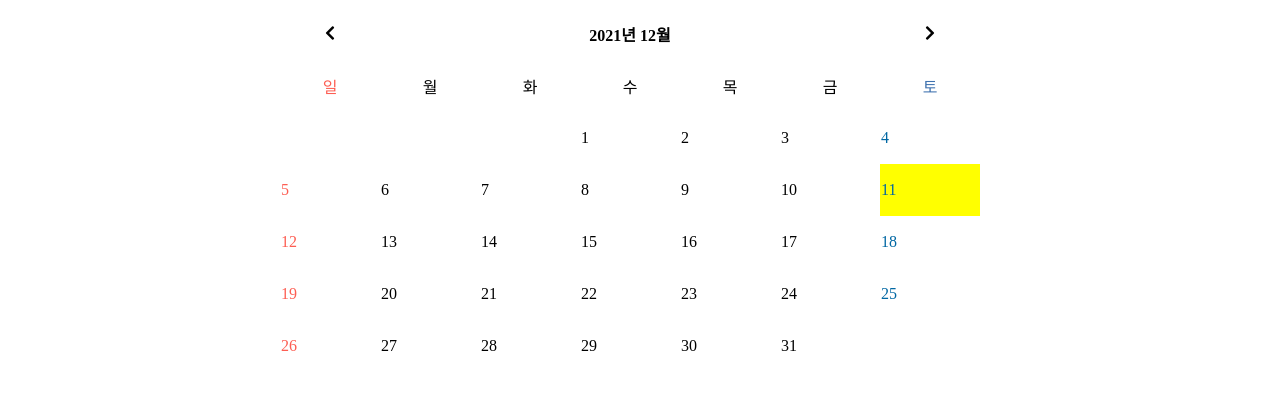
Repository: shin-sj/Checkkeu
Page: http://localhost/test2/WEB-INF/user/calendar.jsp
An editor plug-in stored every save of this project. The page is shown before and after the next save, followed by the edit.
The browser window is 1280 px wide. The pictures show the whole page.
Some web libraries are served in a nearby version. The page is served by Tomcat 9. Nobody is signed in. Other server files are loaded and not shown. The template is opened directly, without the code that normally fills it, so the values that code supplies are empty.

Above is the page before, as saved 2021-12-15 16:37:02.

### test2/src/main/webapp/WEB-INF/user/calendar.jsp
<%@ page language="java" contentType="text/html; charset=UTF-8"
	pageEncoding="UTF-8"%>
<%@ taglib prefix="c" uri="http://java.sun.com/jsp/jstl/core" %>
<!DOCTYPE html>
<html>
<head>
<meta charset="UTF-8">
<title>calendar</title>

<!-- 아이콘 -->
<link rel="stylesheet"
	href="https://use.fontawesome.com/releases/v5.6.1/css/all.css">

<style>

		.container {
		//	width: 385px;
		//	line-height: 50px;
		//	margin: 50px auto;
		//	margin-bottom: -100px;

			display: flex;
		}

		h5 {
			text-align: center;
		}

		h5 span {
			color: teal;
		}

	#calendar {
		width: 700px;
		border: none;
		border-collapse : collapse;

		margin-right: 20px;

	}
	td{
		width: 100px;
		height: 50px;
		border: solid 0.5px grarey;
		border-collapse : collapse;
	}
	th {
		border: none;
		height: 50px;
	}

	.contents {
		margin-bottom: 100px;
		display: flex;
  		justify-content: center;

	}


</style>

<script>

	var policyDate = "";
	var today = new Date(); //오늘 날짜
    var date = new Date();//today의 Date를 세어주는 역할
    function prevCalendar() {//이전 달
    	policyDate = "";
     today = new Date(today.getFullYear(), today.getMonth() - 1, today.getDate());
     buildCalendar(); //달력 cell 만들어 출력
    }
    function nextCalendar() {//다음 달
    	policyDate = "";
         today = new Date(today.getFullYear(), today.getMonth() + 1, today.getDate());
         buildCalendar();//달력 cell 만들어 출력
    }
    function buildCalendar(){//현재 달 달력 만들기
    	policyDate="";
        var doMonth = new Date(today.getFullYear(),today.getMonth(),1);
        //이번 달의 첫째 날

        var lastDate = new Date(today.getFullYear(),today.getMonth()+1,0);
        //이번 달의 마지막 날

        var tbCalendar = document.getElementById("calendar");
        //날짜를 찍을 테이블 변수 만듬, 일 까지 다 찍힘

        var tbCalendarYM = document.getElementById("tbCalendarYM");
        //테이블에 정확한 날짜 찍는 변수

         tbCalendarYM.innerHTML = today.getFullYear() + "년 " + (today.getMonth() + 1) + "월 ";
         policyDate += today.getFullYear() + "/";
         policyDate += today.getMonth() + 1 + "/";
         /*while은 이번달이 끝나면 다음달로 넘겨주는 역할*/
        while (tbCalendar.rows.length > 2) {
        //열을 지워줌
              tbCalendar.deleteRow(tbCalendar.rows.length-1);
         }
         var row = null;
         row = tbCalendar.insertRow();
         //테이블에 새로운 열 삽입
         var cnt = 0;// count, 셀의 갯수를 세어주는 역할
        // 1일이 시작되는 칸을 맞추어 줌
         for (i=0; i<doMonth.getDay(); i++) {
         /*이번달의 day만큼 돌림*/
              cell = row.insertCell();
              cnt = cnt + 1;
         }
        /*달력 출력*/
        var policyDate2 = "";
		for (i = 1; i <= lastDate.getDate(); i++) {
			policyDate2 = policyDate; // yyyy/mm/ 까지만
			if(i < 10)
				policyDate2 += "0" + i;
			else
				policyDate2 += i; //yyyy/mm/ + i -> yyyy/mm/dd

         	//1일부터 마지막 일까지 돌림
            cell = row.insertCell();
   			//foreach문 안에서는 break, continue 사용불가능

           <c:forEach var="scrap" items="${scrapDateList}">
				if(policyDate2 == "${scrap.endDate}"){
					var str = i + "<br>" + "<p style='color: #f29886; font-size: 5px;'>${scrap.name}지원 마감</p>"

					cell.innerHTML = str;
					cnt++;

					if (cnt % 7 == 0){/*토요일 */
						cell.innerHTML = "<font color=#0067a3>" + i + " ✔";
			            row = calendar.insertRow();
			          }
					if (cnt % 7 == 1){/*일요일 */
						cell.innerHTML = "<font color=#FD5E53>" + i + " ✔";
			          }

					 /*오늘 날짜*/
			          if (today.getFullYear() == date.getFullYear()
			             && today.getMonth() == date.getMonth()
			             && i == date.getDate()) {
			            cell.bgColor = "#D2D2FF";
			           }
					 continue;
					}
				if(policyDate2 == "${scrap.startDate}"){


					var str = i + "<br>" + "<p style='color: #0096c6; font-size: 5px;'>${scrap.name}지원 시작</p>"

					cell.innerHTML = str;
					cnt++;

					if (cnt % 7 == 0){/*토요일 */
						cell.innerHTML = "<font color=#0067a3>" + i + " ✔";
			            row = calendar.insertRow();
			          }
					if (cnt % 7 == 1){/*일요일 */
						cell.innerHTML = "<font color=#FD5E53>" + i + " ✔";
			          }

					 /*오늘 날짜*/
			          if (today.getFullYear() == date.getFullYear()
			             && today.getMonth() == date.getMonth()
			             && i == date.getDate()) {
			            cell.bgColor = "#ffff00";
			           }
					 continue;
					}

				else{
	            	cell.innerHTML = i;
				}

            </c:forEach>

            cell.innerHTML = i;
            cnt++;

            if (cnt % 7 == 1) {/*일요일 계산*/
		            cell.innerHTML = "<font color=#FD5E53>" + i;
	        }

	          if (cnt % 7 == 0){/*토요일 */
					cell.innerHTML = "<font color=#0067a3>" + i;
	               row = calendar.insertRow();
	          }

	          /*오늘 날짜*/
	          if (today.getFullYear() == date.getFullYear()
	             && today.getMonth() == date.getMonth()
	             && i == date.getDate()) {
	            cell.bgColor = "#ffff00";

	           }

         }
    }
</script>

</head>
<body>

		<div class="contents">

			<div class="contents-split">
				<table id="calendar">
					<tr>
						<!-- label은 마우스로 클릭을 편하게 해줌 -->
						<th><label onclick="prevCalendar()"><i
								class="fas fa-chevron-left"></i></label></th>
						<th align="center" id="tbCalendarYM" colspan="5">yyyy년 m월</th>
						<th><label onclick="nextCalendar()"><i
								class="fas fa-chevron-right"></i></label></th>
					</tr>
					<tr>
						<td align="center"><font color="#FD5E53">일</font></td>
						<td align="center">월</td>
						<td align="center">화</td>
						<td align="center">수</td>
						<td align="center">목</td>
						<td align="center">금</td>
						<td align="center"><font color="#3F72AF">토</font></td>
					</tr>
				</table>
				<script>
		    buildCalendar();
			</script>
			</div>

	</div>
</body>


</html>

After the next save:
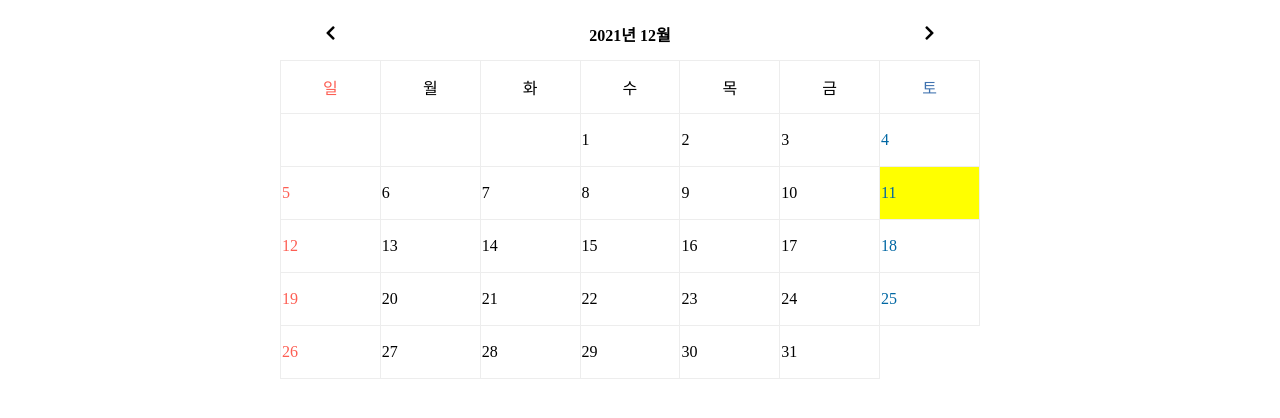
Saved 8 s later.
--- a/test2/src/main/webapp/WEB-INF/user/calendar.jsp
+++ b/test2/src/main/webapp/WEB-INF/user/calendar.jsp
@@ -41,7 +41,7 @@
 	td{
 		width: 100px;
 		height: 50px;
-		border: solid 0.5px grarey;
+		border: solid 0.5px #EDEDED;
 		border-collapse : collapse;
 	}
 	th {
